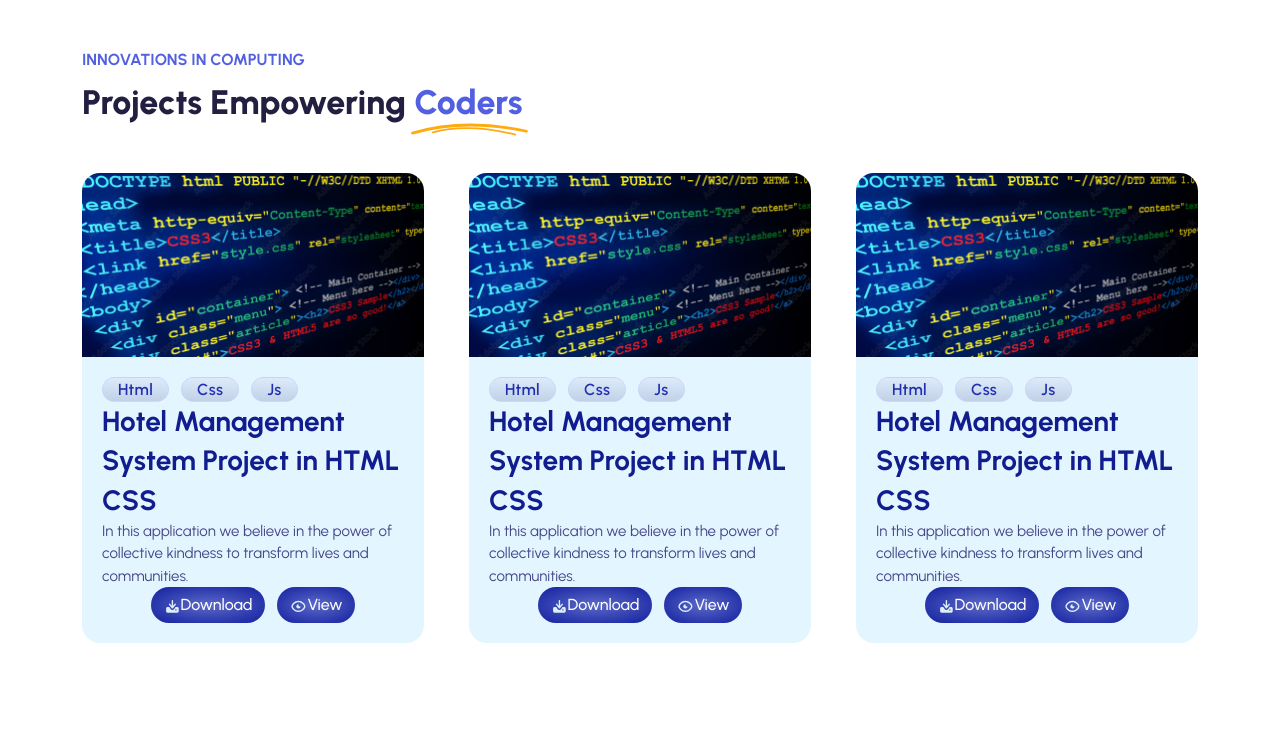
Repository: sharma171/jtccreativeideas
Page: /newsection (app in nextjssite/)
An editor plug-in stored every save of this project. The page is shown before and after the next save, followed by the edit.
The browser window is 1280 px wide. The pictures show the whole page.
The project was rebuilt for these pictures with package versions that can differ from the ones it lists, and the page was loaded fresh each time. The framework's server and built-in components were replaced by stand-ins that run in the browser. Also part of the build but not shown: nextjssite/next.config.mjs.

Above is the page before, as saved 2024-03-28 14:41:19.

After the next save:
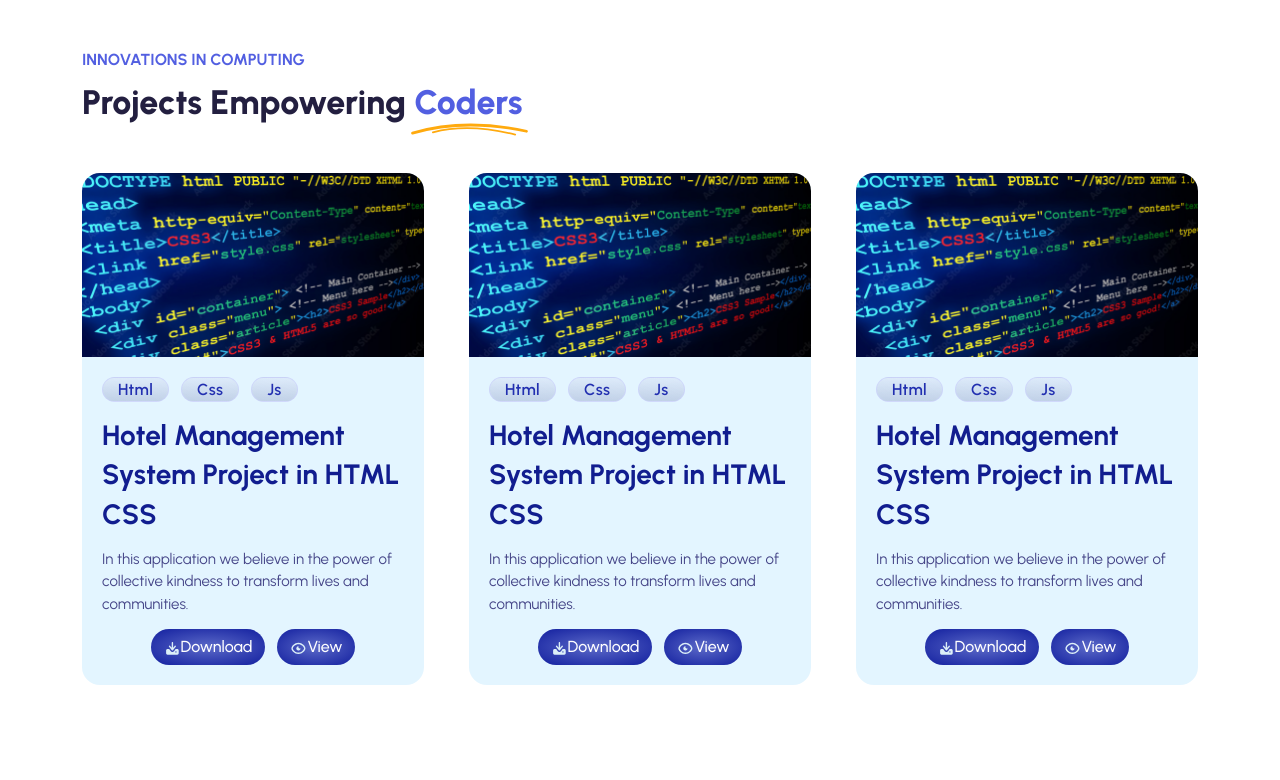
Saved 2 min 20 s later.
--- a/nextjssite/src/app/newsection/page.css
+++ b/nextjssite/src/app/newsection/page.css
@@ -62,6 +62,7 @@ section.projects {
     padding: 20px 20px;
     display: flex;
     flex-direction: column;
+    gap: 14px;
 }
 
 .project-cards li .card-inner .info .tech-info {
